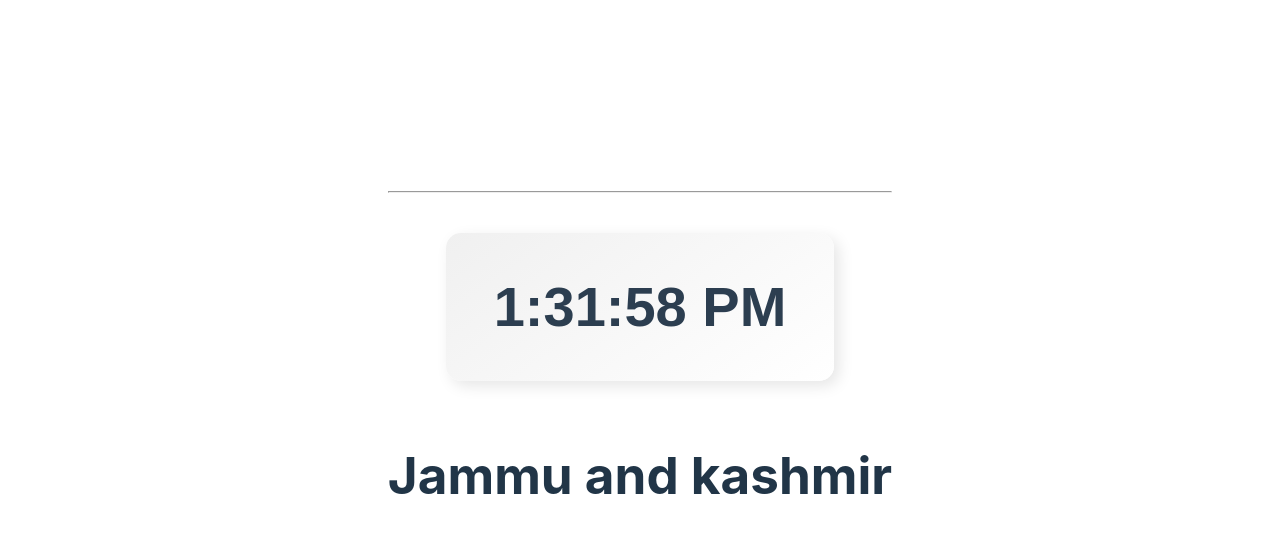
Repository: FARMAN9/inputdata-useRef-and-useEffect
Page: /
These files come from the project's save history. The page is drawn as it stood at one moment and after a run of saves; the edit follows.
The browser window is 1280 px wide. The pictures show the whole page.
The project was rebuilt for these pictures with package versions that can differ from the ones it lists, and the page was loaded fresh each time. Also part of the build but not shown: vite.config.js.

Above is the page before, as saved 2025-01-13 13:00:11.

### src/App.jsx
import { useEffect, useState, memo } from "react";
import reactLogo from "./assets/react.svg";
import viteLogo from "/vite.svg";
import "./App.css";
import Clock from "./components/Clock";
import InputData from "./components/inputdate";

function App() {
  const [time, setTime] = useState(new Date());

  useEffect(() => {
    const timer = setInterval(() => {
      setTime(new Date());
    }, 3000);

    // Cleanup interval on component unmount
    console.log(timer);
    return () => clearInterval(timer);
  }, []);

  return (
    <>
      <inputdata />
      <hr />
      <Clock time={time} state={"Jammu and kashmir"} />
    </>
  );
}

export default memo(App);

### src/components/Clock.jsx
import React, { useEffect, useState } from "react";
import "./clock.css";

function Clock({ time, state }) {
  return (
    <>
      <div className="clock">{time.toLocaleTimeString()}</div>
      <h1>{state}</h1>
    </>
  );
}

export default Clock;

### src/components/clock.css
.clock {
  font-family: "Arial", sans-serif;
  font-size: 3.5rem;
  font-weight: 600;
  color: #2c3e50;
  background: linear-gradient(145deg, #f0f0f0, #ffffff);
  padding: 2rem 3rem;
  border-radius: 15px;
  box-shadow: 5px 5px 15px rgba(0, 0, 0, 0.1),
    -5px -5px 15px rgba(255, 255, 255, 0.8);
  display: inline-block;
  margin: 2rem;
  transition: all 0.3s ease;
}

.clock:hover {
  transform: translateY(-3px);
  box-shadow: 8px 8px 20px rgba(0, 0, 0, 0.12),
    -8px -8px 20px rgba(255, 255, 255, 0.9);
}

### src/components/inputdate.jsx
import React, { useRef } from "react";

function InputData() {
  const inputRef = useRef(null);
  const emailRef = useRef(null);
  const passwordRef = useRef(null);

  const focusInput = () => {
    inputRef.current.focus();
    emailRef.current.focus();
    passwordRef.current.focus();
  };

  return (
    <div>
      <input ref={inputRef} type="text" />
      <input ref={emailRef} type="email" />
      <input ref={passwordRef} type="password" />
      <button onClick={focusInput}>Focus Input</button>
    </div>
  );
}

export default InputData;

Loaded but not shown: index.html (common file); src/main.jsx (common file); src/index.css (common file); src/App.css (common file)

After the next 2 saves:
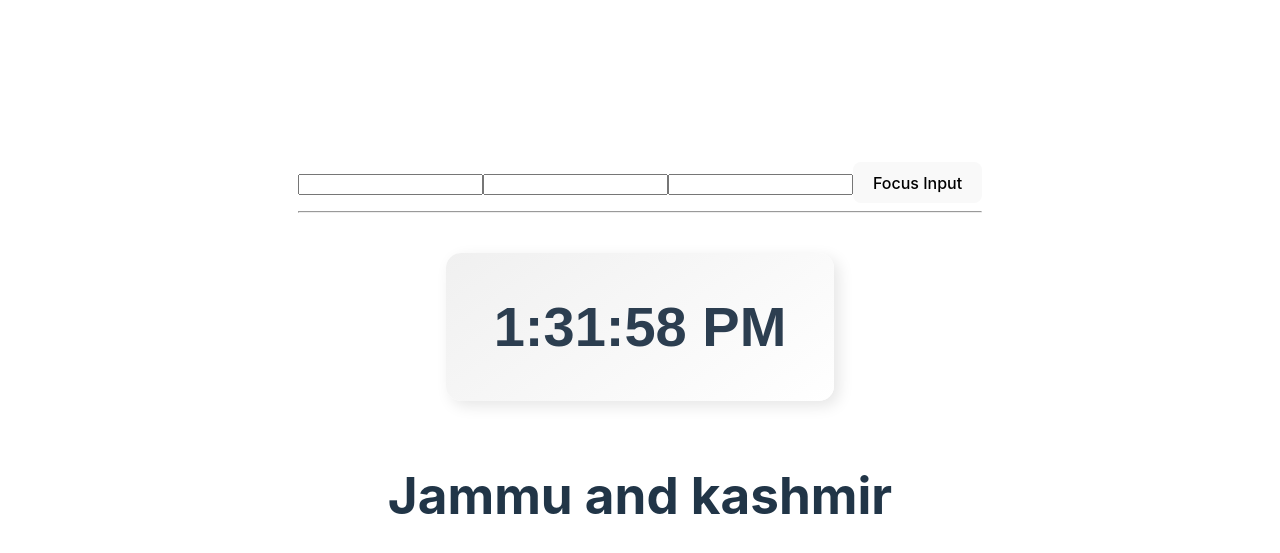
The 2 saves are shown as one change because they came seconds apart.
The last was saved 12 s later.
--- a/src/App.jsx
+++ b/src/App.jsx
@@ -20,7 +20,7 @@ function App() {
 
   return (
     <>
-      <inputdata />
+      <InputData />
       <hr />
       <Clock time={time} state={"Jammu and kashmir"} />
     </>
